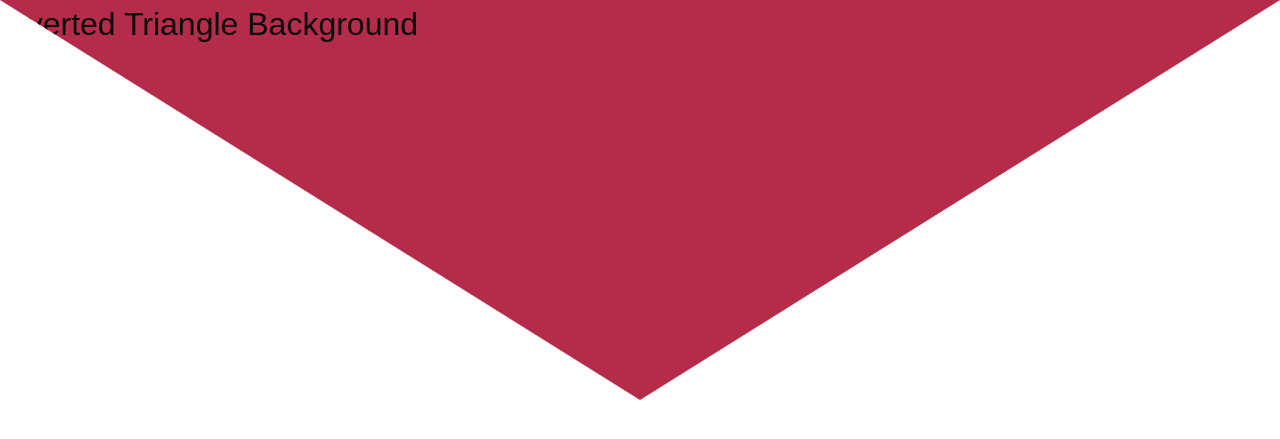
Repository: FrontendProjectsNL/mijn-portfolio-project
Page: /test-skewed-triangle
These files come from the project's save history. The page is drawn as it stood at one moment and after the next save; the edit follows.
The browser window is 1280 px wide. The pictures show the whole page.
The project was rebuilt for these pictures with package versions that can differ from the ones it lists, and the page was loaded fresh each time. The framework's server and built-in components were replaced by stand-ins that run in the browser. Also part of the build but not shown: next.config.mjs.

Above is the page before, as saved 2024-10-23 00:21:50.

### app/layout.tsx
import type { Metadata } from 'next';
import localFont from 'next/font/local';

import { Roboto, Fira_Code, HelveticaNowDisplay } from 'next/font/google';

import './globals.css';

const geistSans = localFont({
  src: './fonts/GeistVF.woff',
  variable: '--font-geist-sans',
  weight: '100 900',
});
const geistMono = localFont({
  src: './fonts/GeistMonoVF.woff',
  variable: '--font-geist-mono',
  weight: '100 900',
});

const roboto = Roboto({
  subsets: ['latin'],
  weight: ['300', '400', '500', '700'],
  variable: '--font-roboto',
});

const firaCode = Fira_Code({
  subsets: ['latin'],
  weight: ['300', '400', '500', '700'],
  variable: '--font-fira-code',
});

export const metadata: Metadata = {
  title: 'Create Next App',
  description: 'Generated by create next app',
};

export default function RootLayout({
  children,
}: Readonly<{
  children: React.ReactNode;
}>) {
  return (
    <html lang="en">
      <body
        className={`${roboto.variable} ${firaCode.variable} ${geistSans.variable} ${geistMono.variable} antialiased`}
      >
        {children}
      </body>
    </html>
  );
}

### app/test-skewed-triangle/page.tsx
import '../test-skewed-triangle/skewed-triangle.css';

interface SkewedTriangleProps {}

const SkewedTriangle: React.FC<SkewedTriangleProps> = () => {
  return (
    <div>
      <div className="edge--triangle bg-berry">
        <h1>Inverted Triangle Background</h1>
      </div>

      <div className="block bg-blue">
        <h1>Other Section</h1>
      </div>

      <div className="block bg-orange">
        <h1>Another Section</h1>
      </div>
    </div>
  );
};

export default SkewedTriangle;

### app/test-skewed-triangle/skewed-triangle.css
.edge--triangle {
  position: relative;
  background: inherit;
  clip-path: polygon(50% 100%, 0 0, 100% 0); /* Inverted triangle */
  height: 400px; /* Adjust based on how big you want the triangle */
  width: 100%; /* Ensures it stretches full width */
}

.bg-berry {
  background: #b52b4a;
}

.block {
  color: #fff;
  font-family: 'Fira Sans', sans-serif;
  padding: 20px;
  text-align: center;
}

h1 {
  font-size: 32px;
  font-weight: 500;
}

### tailwind.config.ts
import { Roboto } from 'next/font/google';
import type { Config } from 'tailwindcss';

const config: Config = {
  darkMode: ['class'],
  content: [
    './pages/**/*.{js,ts,jsx,tsx,mdx}',
    './components/**/*.{js,ts,jsx,tsx,mdx}',
    './app/**/*.{js,ts,jsx,tsx,mdx}',
  ],

  theme: {
    extend: {
      // You can define custom animations here
      // keyframes: {
      //   slideKeyframe: {
      //     '0%': { transform: 'translateX(0)' },
      //     '100%': { transform: 'translateX(100%)' },
      //   },
      // },
      // animation: {
      //   slideAnimation: 'slideKeyframe 0.5s ease-in-out',
      // },
      fontFamily: {
        roboto: ['var(--font-roboto)', 'sans-serif'],
        firaCode: ['var(--font-fira-code)', 'monospace'],
      },
      colors: {
        background: 'hsl(var(--background))',
        foreground: 'hsl(var(--foreground))',
        card: {
          DEFAULT: 'hsl(var(--card))',
          foreground: 'hsl(var(--card-foreground))',
        },
        popover: {
          DEFAULT: 'hsl(var(--popover))',
          foreground: 'hsl(var(--popover-foreground))',
        },
        primary: {
          DEFAULT: 'hsl(var(--primary))',
          foreground: 'hsl(var(--primary-foreground))',
        },
        secondary: {
          DEFAULT: 'hsl(var(--secondary))',
          foreground: 'hsl(var(--secondary-foreground))',
        },
        muted: {
          DEFAULT: 'hsl(var(--muted))',
          foreground: 'hsl(var(--muted-foreground))',
        },
        accent: {
          DEFAULT: 'hsl(var(--accent))',
          foreground: 'hsl(var(--accent-foreground))',
        },
        destructive: {
          DEFAULT: 'hsl(var(--destructive))',
          foreground: 'hsl(var(--destructive-foreground))',
        },
        border: 'hsl(var(--border))',
        input: 'hsl(var(--input))',
        ring: 'hsl(var(--ring))',
        chart: {
          '1': 'hsl(var(--chart-1))',
          '2': 'hsl(var(--chart-2))',
          '3': 'hsl(var(--chart-3))',
          '4': 'hsl(var(--chart-4))',
          '5': 'hsl(var(--chart-5))',
        },
      },
      borderRadius: {
        lg: 'var(--radius)',
        md: 'calc(var(--radius) - 2px)',
        sm: 'calc(var(--radius) - 4px)',
      },
    },
  },
  plugins: [require('tailwindcss-animate')],
};
export default config;

Loaded but not shown: app/globals.css (common file)

After the next save:
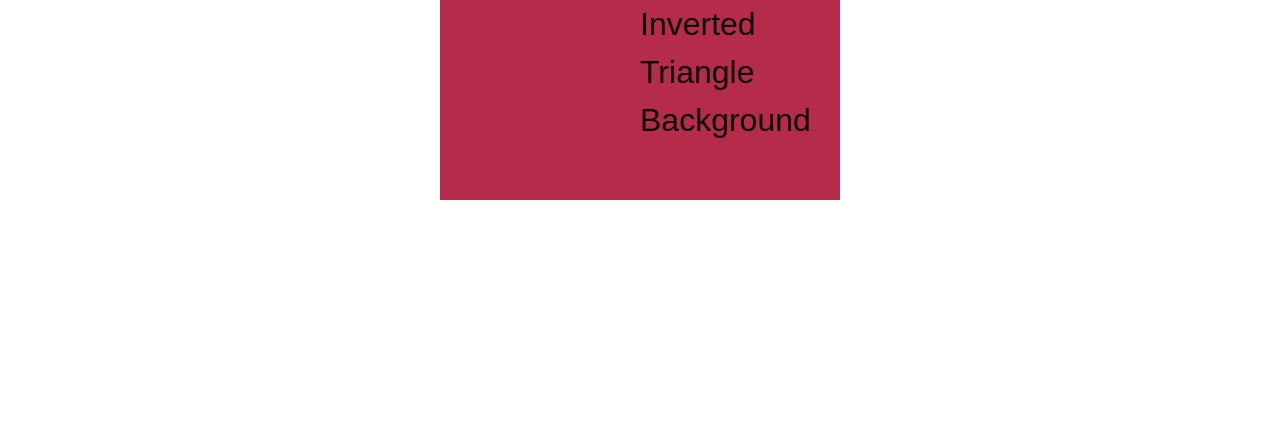
Saved 3 min 30 s later.
--- a/app/test-skewed-triangle/skewed-triangle.css
+++ b/app/test-skewed-triangle/skewed-triangle.css
@@ -1,19 +1,19 @@
-.edge--triangle {
-  position: relative;
-  background: inherit;
-  clip-path: polygon(50% 100%, 0 0, 100% 0); /* Inverted triangle */
-  height: 400px; /* Adjust based on how big you want the triangle */
-  width: 100%; /* Ensures it stretches full width */
+.bg-berry {
+  background: #b52b4a;
 }
 
-.bg-berry {
-  background: #b52b4a;
+.edge--triangle {
+  width: 0; /* No width */
+  height: 0; /* No height */
+  border-left: 200px solid transparent; /* Triangle sides */
+  border-right: 200px solid transparent;
+  border-bottom: 200px solid #b52b4a; /* Triangle color */
+  margin: 0 auto; /* Center it horizontally */
 }
 
 .block {
   color: #fff;
   font-family: 'Fira Sans', sans-serif;
-  padding: 20px;
   text-align: center;
 }
 
